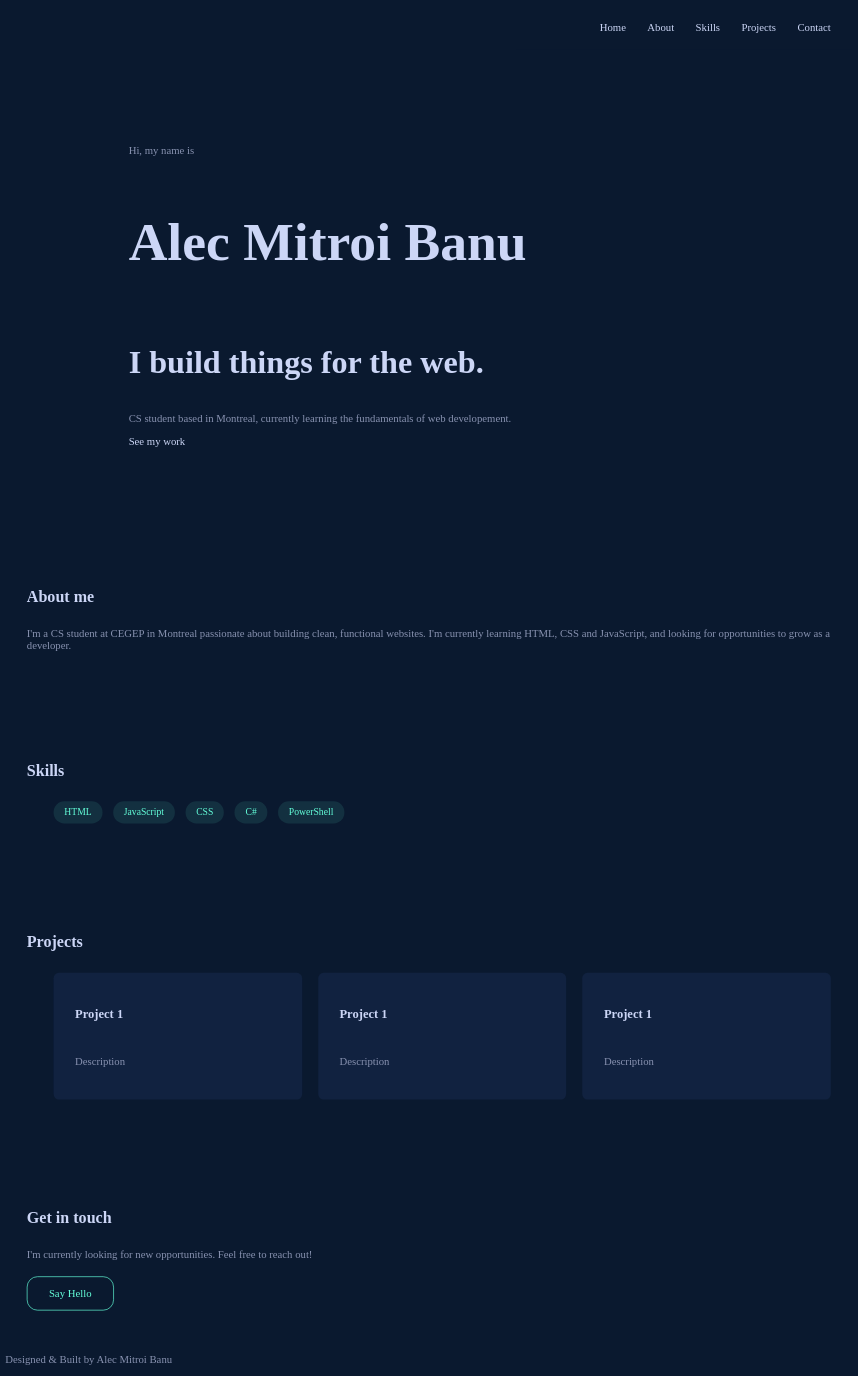
Repository: Alec-Banu/Alec-Banu
Page: index.html
These files come from the project's save history. The page is drawn as it stood at one moment and after the next save; the edit follows.
The browser window is 1280 px wide. The pictures show the whole page, at 67% of full size.

Above is the page before, as saved 2026-05-04 13:25:18.

### index.html
<!doctype html>
<html lang="en">
  <head>
    <meta charset="UTF-8" />
    <meta name="viewport" content="width=device-width, initial-scale=1.0" />
    <title>Alec Mitroi Banu</title>
    <link rel="stylesheet" href="./styles/globals.css" />
    <link rel="stylesheet" href="./styles/index.css" />
  </head>
  <body>
    <!-- Nav  -->
    <header>
      <nav>
        <a href="#hero">Home</a>
        <a href="#about">About</a>
        <a href="#skills">Skills</a>
        <a href="#projects">Projects</a>
        <a href="#contact">Contact</a>
      </nav>
    </header>

    <!-- Hero  -->

    <main>
      <section id="hero">
        <p>Hi, my name is</p>
        <h1>Alec Mitroi Banu</h1>
        <h2>I build things for the web.</h2>
        <p>
          CS student based in Montreal, currently learning the fundamentals of
          web developement.
        </p>
        <a href="#projects">See my work</a>
      </section>

      <!-- About  -->
      <section id="about">
        <h2>About me</h2>
        <p>
          I'm a CS student at CEGEP in Montreal passionate about building clean,
          functional websites. I'm currently learning HTML, CSS and JavaScript,
          and looking for opportunities to grow as a developer.
        </p>
      </section>

      <!-- Skills  -->
      <section id="skills">
        <h2>Skills</h2>
        <ul>
          <li>HTML</li>
          <li>JavaScript</li>
          <li>CSS</li>
          <li>C#</li>
          <li>PowerShell</li>
        </ul>
      </section>

      <!-- Projects -->
      <section id="projects">
        <h2>Projects</h2>
        <ul class="cards">
          <li>
            <article class="project-card">
              <h3>Project 1</h3>
              <p>Description</p>
            </article>
          </li>
          <li>
            <article class="project-card">
              <h3>Project 1</h3>
              <p>Description</p>
            </article>
          </li>
          <li>
            <article class="project-card">
              <h3>Project 1</h3>
              <p>Description</p>
            </article>
          </li>
        </ul>
      </section>

      <!-- Contact -->
      <section id="contact">
        <h2>Get in touch</h2>
        <p>
          I'm currently looking for new opportunities. Feel free to reach out!
        </p>
        <a href="mailto:alecbanu@yahoo.com">Say Hello</a>
      </section>
    </main>
    <footer>
      <p>Designed & Built by Alec Mitroi Banu</p>
    </footer>
  </body>
</html>

### styles/index.css
body {
  background-color: #0a192f;
}

h1 {
    font-size: 2rem;
    color: #ccd6f6;
  }
  h2 {
    font-size: 1.5rem;
    color: #8892b0;
  }
  p {
    color: #8892b0;
    margin: 1rem 0;
  }

a {
  text-decoration: none;
  color: #ccd6f6;
}

nav {
  display: flex;
  gap: 2rem;
  padding: 1.5rem 2rem;
  justify-content: flex-end;
  position: sticky;
  top: 0;
  background-color: #0a192f;
}

#hero {
  min-height: 100vh;
  display: flex;
  flex-direction: column;
  justify-content: center;
  padding: 0 2rem;
  max-width: 56rem;
  margin: 0 auto;
}

section {
  padding: 4rem 2rem;

  h2 {
    font-size: 1.5rem;
    margin-bottom: 2rem;
    color: #ccd6f6;
  }
}

#skills {
  ul {
    display: flex;
    flex-wrap: wrap;
    gap: 1rem;
  }
  li {
    background-color: #64ffda1a;
    color: #64ffda;
    padding: 0.5rem 1rem;
    border-radius: 1rem;
    font-size: 0.9rem;
    list-style: none;
  }
}

#projects {
  .cards {
    display: grid;
    grid-template-columns: 1fr;
    gap: 1.5rem;
    list-style: none;
  }
  .project-card {
    background-color: #112240;
    padding: 2rem;
    border-radius: 0.5rem;
    display: flex;
    flex-direction: column;
    gap: 1rem;

    h3 {
      color: #ccd6f6;
    }
    p {
      color: #8892b0;
    }
  }
}

#contact {
  a {
    border: 0.1rem solid #64ffda;
    color: #64ffda;
    padding: 1rem 2rem;
    border-radius: 1rem;
  }
  a:hover {
    background-color: #64ffda1a;
    text-decoration: none;
  }
  p{
    margin-bottom: 2.5rem;
  }
}

/* Tablet */

@media (min-width: 768px) {
  #hero h1 {
    font-size: 3.5rem;
  }
  #hero h2 {
    font-size: 2.5rem;
  }
  #projects .cards {
    grid-template-columns: 1fr 1fr;
  }
}

/* Desktop */

@media (min-width: 1024px) {
  #hero h1 {
    font-size: 5rem;
  }
  #hero h2 {
    font-size: 3rem;
  }
  #projects .cards {
    grid-template-columns: 1fr 1fr 1fr;
  }
}

Loaded but not shown: styles/globals.css (no stored copy; drawn as an empty file)

After the next save:
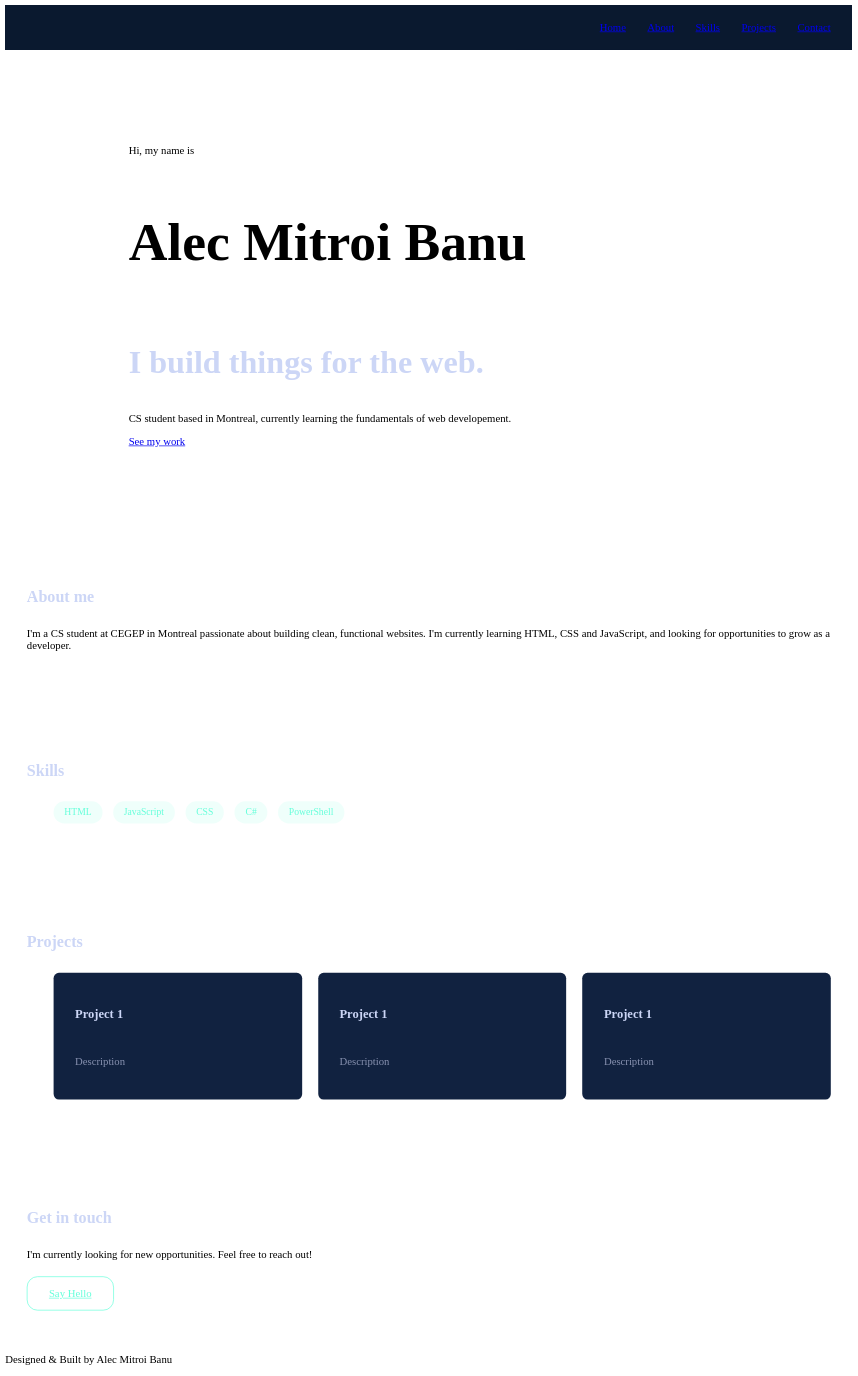
Saved 6 h 44 min later.
--- a/styles/index.css
+++ b/styles/index.css
@@ -1,34 +1,25 @@
-body {
-  background-color: #0a192f;
-}
+/* GENERAL ************************/
 
-h1 {
-    font-size: 2rem;
-    color: #ccd6f6;
-  }
-  h2 {
-    font-size: 1.5rem;
-    color: #8892b0;
-  }
-  p {
-    color: #8892b0;
-    margin: 1rem 0;
-  }
 
-a {
-  text-decoration: none;
-  color: #ccd6f6;
-}
+
+/* NAVIGATION ****************************/
 
 nav {
   display: flex;
   gap: 2rem;
   padding: 1.5rem 2rem;
   justify-content: flex-end;
+
+  background-color: #0a192f;
+}
+
+header {
   position: sticky;
   top: 0;
-  background-color: #0a192f;
+  right: 0;
 }
+
+/* CONTENT ****************************/
 
 #hero {
   min-height: 100vh;
@@ -101,7 +92,7 @@ section {
     background-color: #64ffda1a;
     text-decoration: none;
   }
-  p{
+  p {
     margin-bottom: 2.5rem;
   }
 }
